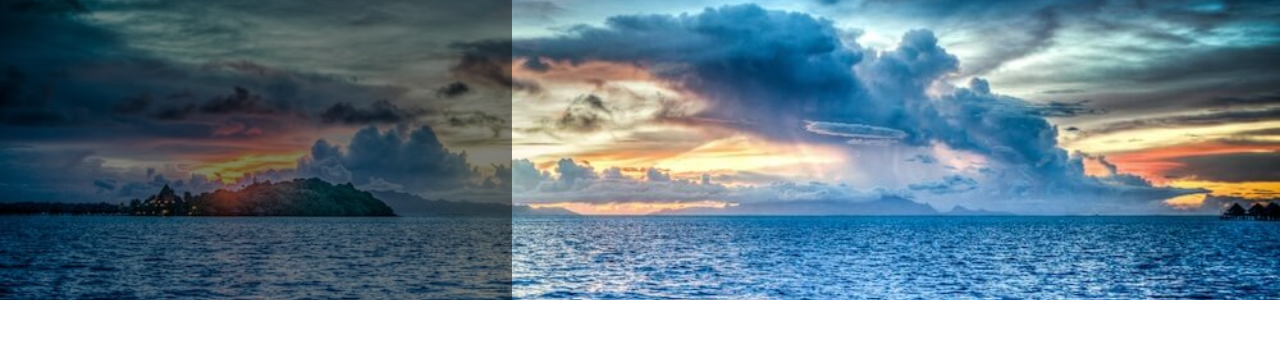
Repository: wakasugisatoi/git
Page: caravan/index2.html
The author's editor kept a record of every edit. The page is drawn from the files as they stood at one moment, then again after the next edit.
The browser window is 1280 px wide. The pictures show the whole page.

Above is the page before.

### caravan/index2.html
<!DOCTYPE html>
<html lang="ja">
  <head>
    <meta charset="UTF-8" />
    <!--<meta name="viewport" content="width=device-width,initial-scale=1.0">-->
    <!--フォントオーサムの読み込み-->
    <!--<script src="https://kit.fontawesome.com/1a3f0d96a2.js" crossorigin="anonymous"></script>-->
    <!--cssファイルの読み込み-->
    <link rel="stylesheet" href="style2.css" />
    <title>CARAVAN</title>
  </head>

  <body>
    <!--ヘッダー用のdiv-->
    <!--<div class="header">-->
      <!--<div class="header-top"></div>-->
      <!--<div class="header-bottom"></div>-->
    <!--</div>-->
    <!--<header>-->
      <!--<h1 class="heading">-->
        <!--<a href="index2.html"> CARAVAN</a>-->
      <!--</h1>-->

      <!--<div class="social">-->
        <!--<i class="fab fa-facebook-square"></i>-->
        <!--<i class="fab fa-twitter-square"></i>-->
        <!--<i class="fab fa-instagram"></i>-->
      <!--</div>-->
    <!--</header>-->

    <!--navigation-->
    <!--<nav>-->
      <!--箇条書きリスト-->
      <!--<ul class="nav-list">-->
      <!--<li class="nav-list-item">-->
        <!--<a href="index2.thml">Home</a>-->
      <!--</li>-->
      <!--<li class="nav-list-item">About</li>-->
      <!--<li class="nav-list-item">TOpic</li>-->
      <!--</ul>-->
    <!--</nav>-->

    <!--main-visual用のdiv-->
    <div class="main-visual">
      <!--main-visual内の枠づくり-->
      <div class="main-visual-content">
        <!--<p class="main-visual-text">-->
          <!--The world is a book<br/>-->
          <!--and those who do not travel<br/>-->
          <!--red only one page-->
        <!--</p>-->
        <!--<p class="main-visual-name">-->
          <!--St. Augustine-->
        <!--</p>-->
      </div>
    </div>

    <!--main用のdiv-->
    <!--<div class="main">-->
      <!--<div class="blog"></div>-->
      <!--<div class="sidebar"></div>-->
    <!--</div>-->
    <!--<main>-->
    <!--  <section class="blog">-->
    <!--    <h2 class="blog-heading">Recent Blogs</h2>-->

    <!--    <div class="blog-box">-->

    <!--      <div class="blog-item">-->
    <!--       <img class="blog-image" src="img/img/forest.jpg">-->
    <!--       <section class="blog-text">-->
    <!--        <h3 class="blog-text-heading">-->
    <!--          <a href="single.html">-->
    <!--            Hopeful lessons from<br>-->
    <!--            the battle to save<br>-->
    <!--            rainforests-->
    <!--          </a>-->
    <!--         </h3>-->
    <!--        <p class="blog-date">June 19,2017</p>-->
    <!--        <span class="category">Nature</span>-->
    <!--       </section>-->
    <!--      </div>-->

    <!--      <div class="blog-item">-->
    <!--       <img class="blog-image" src="img/img/desert.jpg">-->
    <!--       <section class="blog-text">-->
    <!--        <h3 class="blog-text-heading">-->
    <!--          <a href="single.html">-->
    <!--            How to fight<br>-->
    <!--            desertification and<br>-->
    <!--            reverse climate chang-->
    <!--          </a>-->
    <!--        </h3>-->
    <!--        <p class="blog-date">June 17,2017</p>-->
    <!--        <span class="category">Nature</span>-->
    <!--       </section>-->
    <!--      </div>-->

    <!--      <div class="blog-item">-->
    <!--       <img class="blog-image" src="img/img/sunset.jpg">-->
    <!--       <section class="blog-text">-->
    <!--        <h3 class="blog-text-heading">-->
    <!--          <a href="single.html">-->
    <!--            Why I'm rowing<br>-->
    <!--            across the Pacific-->
    <!--          </a>-->
    <!--        </h3>-->
    <!--        <p class="blog-date">June 16,2017</p>-->
    <!--        <span class="category">Adventure</span>-->
    <!--      </section>-->
    <!--      </div>-->

    <!--      <div class="blog-item">-->
    <!--       <img class="blog-image" src="img/img/italy.jpg">-->
    <!--       <section class="blog-text">-->
    <!--        <h3 class="blog-text-heading">-->
    <!--          <a href="single.html">-->
    <!--            Unseen footage,<br>-->
    <!--            untamed nature<br>-->
    <!--          </a>-->
    <!--        </h3>-->
    <!--        <p class="blog-date">June 15,2017</p>-->
    <!--        <span class="category">Nature</span>-->
    <!--       </section>-->
    <!--      </div>-->


    <!--      <div class="blog-item">-->
    <!--       <img class="blog-image" src="img/img/asia.jpg">-->
    <!--       <section class="blog-text">-->
    <!--        <h3 class="blog-text-heading">-->
    <!--          <a href="single.html">-->
    <!--            The case for<br>-->
    <!--            engineering our food<br>-->
    <!--          </a>-->
    <!--         </h3>-->
    <!--        <p class="blog-date">June 14,2017</p>-->
    <!--        <span class="category">Culture</span>-->
    <!--       </section>-->
    <!--      </div>-->

    <!--    </div>-->


    <!--  <div class="pagination">-->
    <!--    <p><<<</p>-->
    <!--    <p><</p>-->
    <!--    <p>1</p>-->
    <!--    <p>2</p>-->
    <!--    <p>3</p>-->
    <!--    <p>></p>-->
    <!--    <p>>></p>-->
    <!--  </div>-->
    <!-- </section>-->

    <!--  <div class="sidebar">-->
    <!--   <section class="popular">-->
    <!--     <h2 class="popular-heading common heading">Popular</h2>-->
    <!--     <div class="sidebar-contents">-->
    <!--       <p class="popular-text">To solve old problems,<br>study new species</p>-->
    <!--       <p class="popular-text">Why Earth may someday<br>look like Mars</p>-->
    <!--       <p class="popular-text">What will humans look<br>like in 100 years?</p>-->
    <!--       <p class="popular-text">How to grow a forest<br>in your backyard</p>-->
    <!--       <p class="popular-text">How humans could evolve<br>to survive in space</p>-->
    <!--     </div>-->
    <!--   </section>-->

    <!--   <section class="instagram">-->
    <!--     <h2 class="instagram-heading common-heading">Instagram</h2>-->
    <!--     <div class="sidebar-contents">-->
    <!--       <div class="instagram-box"></div>-->
    <!--       <div class="instagram-box"></div>-->
    <!--       <div class="instagram-box"></div>-->
    <!--       <div class="instagram-box"></div>-->
    <!--       <div class="instagram-box"></div>-->
    <!--       <div class="instagram-box"></div>-->
    <!--     </div>-->
    <!--   </section>-->

    <!--   <section class="categories">-->
    <!--     <h2 class="categories-heading common-heading">Categories</h2>-->
    <!--     <div class="sidebar-contents">-->
    <!--       <p class="categories-text">Technology(15)</p>-->
    <!--       <p class="categories-text">Business(23)</p>-->
    <!--       <p class="categories-text">Entertainment(12)</p>-->
    <!--       <p class="categories-text">Nature(32)</p>-->
    <!--       <p class="categories-text">Education(9)</p>-->
    <!--       <p class="categories-text">Adoventuere(23)</p>-->
    <!--       <p class="categories-text">Communication(14)</p>-->
         <!--</div>-->
       <!--</section>-->
     <!--</div>-->
    <!--</main>-->

    <!--footer用のdiv-->
    <!--<div class="footer"></div>-->
    <!--<footer>-->
      <!--<p class="footer-text">©All rights reserved by Infratop.Inc.</p>-->

    <!--</footer>-->

  </body>
</html>

### caravan/style2.css
*{
  margin: 0;
  padding: 0;
  box-sizing:border-box;
}

a{
  text-decoration: none;
}
header,nav,h2,.main-visual,footer{
  font-family: Chalkduster,"Bradley Hand",Courier,"Segoe Print",sans-serif;
}
header{
  width: 90%;
  padding: 15px 0;
  margin: 0 auto;
  text-align: center;
  position: relative;
  /*background-color: red;*/
}

.social i{
  margin-left:20px;
  display: inline-block;
}

.social{
  position: absolute;
  top: 22px;
  right: 22px;
}
header .heading{
  font-size:32px;
}

.nav-list{
  text-align: center;
  padding:10px 0;
  margin:0 auto;
}

.nav-list-item{
  list-style:none;
  display: inline-block;
  margin: 0 20px;
}

/*.header-top{*/
  /*width: 100%;*/
  /*height: 70px;*/
  /*background-color: hotpink;*/
/*}*/

/*.header-bottom{*/
  /*width: 100%;*/
  /*height: 50px;*/
  /*background-color: pink;*/
/*}*/

.main-visual{
  width: 100%;
  height: 300px;
  background-image: url(img/img/mv.jpg);
  background-size: cover;
  background-position: center;
  /*background-color: orange;*/
}

.main-visual-content{
  width: 40%;
  height: 300px;
  background-color: rgba(0,0,0,0.5);
  text-align: center;
  padding-top: 105px;
  /*background-color: gold;*/
}

.main-visual-text{
  color:#fff;
}

.main-visual-name{
  margin-top:30px;
  color:#fff;
}

main{
  width: 800px;
  /*flex挿入のため削除*/
  /*height: 1400px;*/
  /*background-color: green;*/
  display: block;
  justify-content:center;
  margin: 0 auto;
  padding: 70px 0;
}

.blog{
  width: 540px;
  /*height: 1400px;*/
  /*background-color: limegreen;*/
  margin-right: 30px;
}

.blog-heading{
  border-bottom: 8px solid #f7f7f7;
  text-align: center;
  line-height: 0.6;
}

.blog-box{
  padding-top: 50px;
}

.blog-item{
  padding-bottom: 20px;
  margin-bottom: 20px;
  border-bottom: 1px solid #f7f7f7;
  display: flex;
  justify-content:flax-start;
}

.blog-image{
  height:180px;
}

.blog-text{
  padding: 25px 0 0 30px;
}

.blog-text-heading{
  padding-bottom: 15px;
}

.blog-date{
  font-size:12px;
  display:inline-block;
}
.category{
  display: inline-block;
  padding: 5px 8px;
  background-color: #acabab;
  border-radius: 3px;
  color: #fff;
  font-size: 11px;
}

.pagination{
  text-align: center;
  padding-top: 50px;
}

.pagination p{
  display: inline-block;
  width: 30px;
  height: 30px;
  margin:0 5px;
  color:#fff;
  background-color: #acabab;
  border-radius: 3px;
  line-height:30px;
}

.sidebar{
  width: 240px;
  /*height: 1400px;*/
  /*background-color: palegreen;*/
}

.common-heading{
  border-bottom: 8px solid #f7f7f7;
  text-align: center;
  line-height:0.6;
}

.sidebar-contents{
  padding: 50px 0;
}

.popular-text,
.categories-text{
  padding-bottom: 5px;
  border-bottom: 1px solid #f7f7f7;
  margin-bottom: 5px;
}
.popular-text:last-child,
.categories-text:last-child{
  margin: 0;
  padding: 0;
  border:none;
}

.instagram .sidebar-contents{
  display: flex;
  flex-wrap: wrap;
}

.instagram-box{
  width: 110px;
  padding-top: 110px;
  background-size: cover;
  background-position: center;
  margin-bottom: 10px;
}
.instagram-box:nth-child(odd){
  margin:0 10px 10px 0;
}

.instagram-box:nth-child(1){
  background-image: url(img/img/airport.jpg);
}

.instagram-box:nth-child(2){
  background-image: url(img/img/japan.jpg);
}

.instagram-box:nth-child(3){
  background-image: url(img/img/snow.jpg);
}

.instagram-box:nth-child(4){
  background-image: url(img/img/japan2.jpg);
}

.instagram-box:nth-child(5){
  background-image: url(img/img/lake.jpg);
}

.instagram-box:nth-child(6){
  background-image: url(img/img/road.jpg);
}

footer{
  width: 100%;
  height: 120px;
  text-align: center;
  line-height: 120px;
  background-color: #848282;
}

.footer-text{
  color: #fff;
}

/*すべての画面サイズで適用される*/
/*.social i{*/
  /*color:black;*/
/*}*/
 /*タブレット横置きサイズ*/
 /*@media screen and (max-width:1024px){*/
   /*.social i{*/
     /*color: green;*/
   /*}*/
 /*}*/

 /*タブレット縦置きサイズ*/
 /*@media screen and (max-width:768px){*/
   /*.social i{*/
     /*color: red;*/
   /*}*/
 /*}*/

 /*スマホサイズ*/
@media screen and (max-width:425px){
  header{
    width: 100%;
  }

  .social{
    display: none;
  }

  .nav-list{
    width: 100%;
  }

  .nav-list-item{
    width: 100%;
    margin:0 0 10px 0;
  }



  .main-visual-content{
    width: 100%;
  }

  .main{
    width: 100%;
    display: black;
  }

  .blog{
    width: 100%;
    margin: 0;
  }

  .blog-box{
    padding-left: 2%;
    padding-right: 2%;
  }

  .blog-image{
    width: 49%;
  }

  .blog-text {
    width: 49%;
    padding-top: 5px;
  }

  .sidebar{
    width: 100%;
  }

  .sidebar-contents{
    padding-left: 3%;
    padding-right: 3%;
  }
  .instagram-box{
    width: 48%;
    padding-top: 48%;
  }

  .instagram-box:nth-child(odd){
    width: 48%;
    padding-top:48%;
  }


  footer{
    width: 100%;
  }
}

After the next edit:
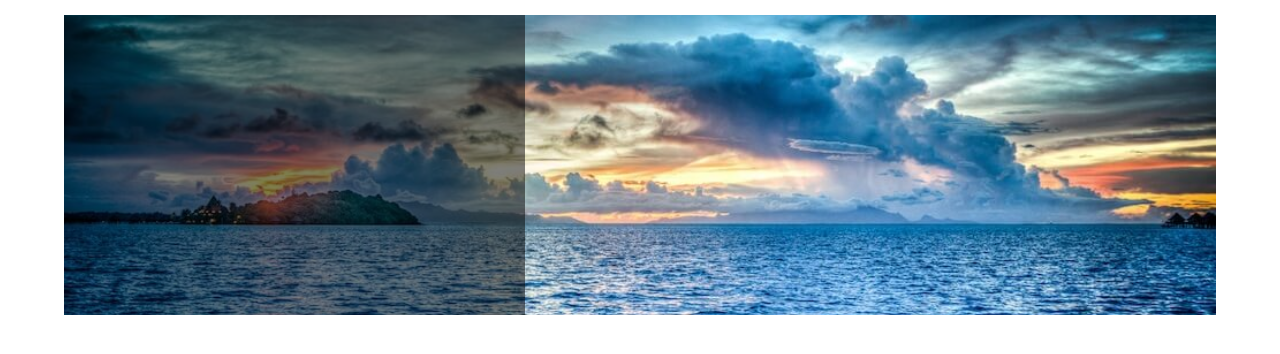
The edit:
--- a/caravan/index2.html
+++ b/caravan/index2.html
@@ -16,7 +16,7 @@
       <!--<div class="header-top"></div>-->
       <!--<div class="header-bottom"></div>-->
     <!--</div>-->
-    <!--<header>-->
+    <header>
       <!--<h1 class="heading">-->
         <!--<a href="index2.html"> CARAVAN</a>-->
       <!--</h1>-->
